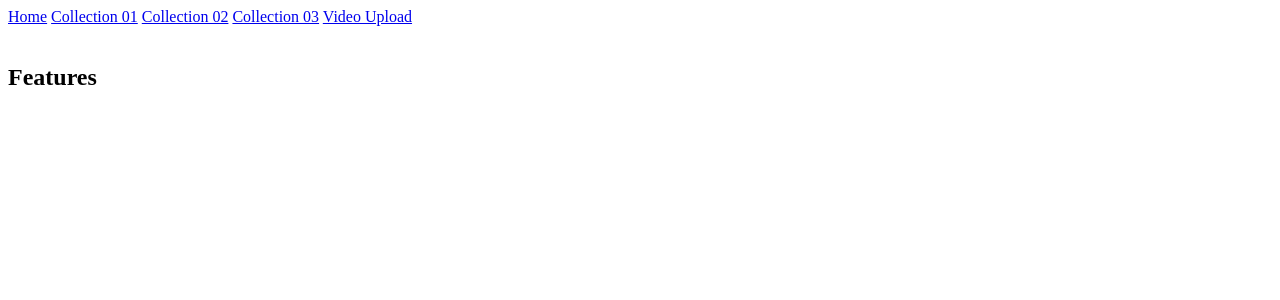
Repository: JoaoLemesDEV/Project-MyTube
Page: collection1.html
These files come from the project's save history. The page is drawn as it stood at one moment and after the next save; the edit follows.
The browser window is 1280 px wide. The pictures show the whole page.

Above is the page before, as saved 2021-10-10 19:52:36.

### collection1.html
<!DOCTYPE html>
<html lang="en">
<head>
  <meta charset="UTF-8">
  <meta http-equiv="X-UA-Compatible" content="IE=edge">
  <meta name="viewport" content="width=device-width, initial-scale=1.0">
  <title>My Ytube Website</title>
</head>
<body>
  <nav>
    <a href="/">Home</a>
    <a href="/collection1.html">Collection 01</a>
    <a href="/collection2.html">Collection 02</a>
    <a href="/collection3.html">Collection 03</a>
    <a href="/video_upload_page.html">Video Upload</a>
  </nav>

  <br><h2>Features</h2>
  <section id="collection01">



  </section>


</body>
<footer></footer>
</html>

After the next save:
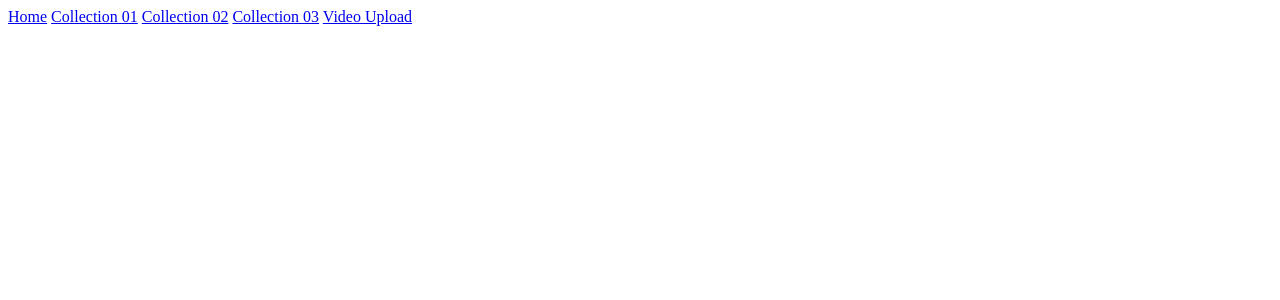
Saved 6 s later.
--- a/collection1.html
+++ b/collection1.html
@@ -15,14 +15,6 @@
     <a href="/video_upload_page.html">Video Upload</a>
   </nav>
 
-  <br><h2>Features</h2>
-  <section id="collection01">
-
-
-
-  </section>
-
-
 </body>
 <footer></footer>
 </html>
